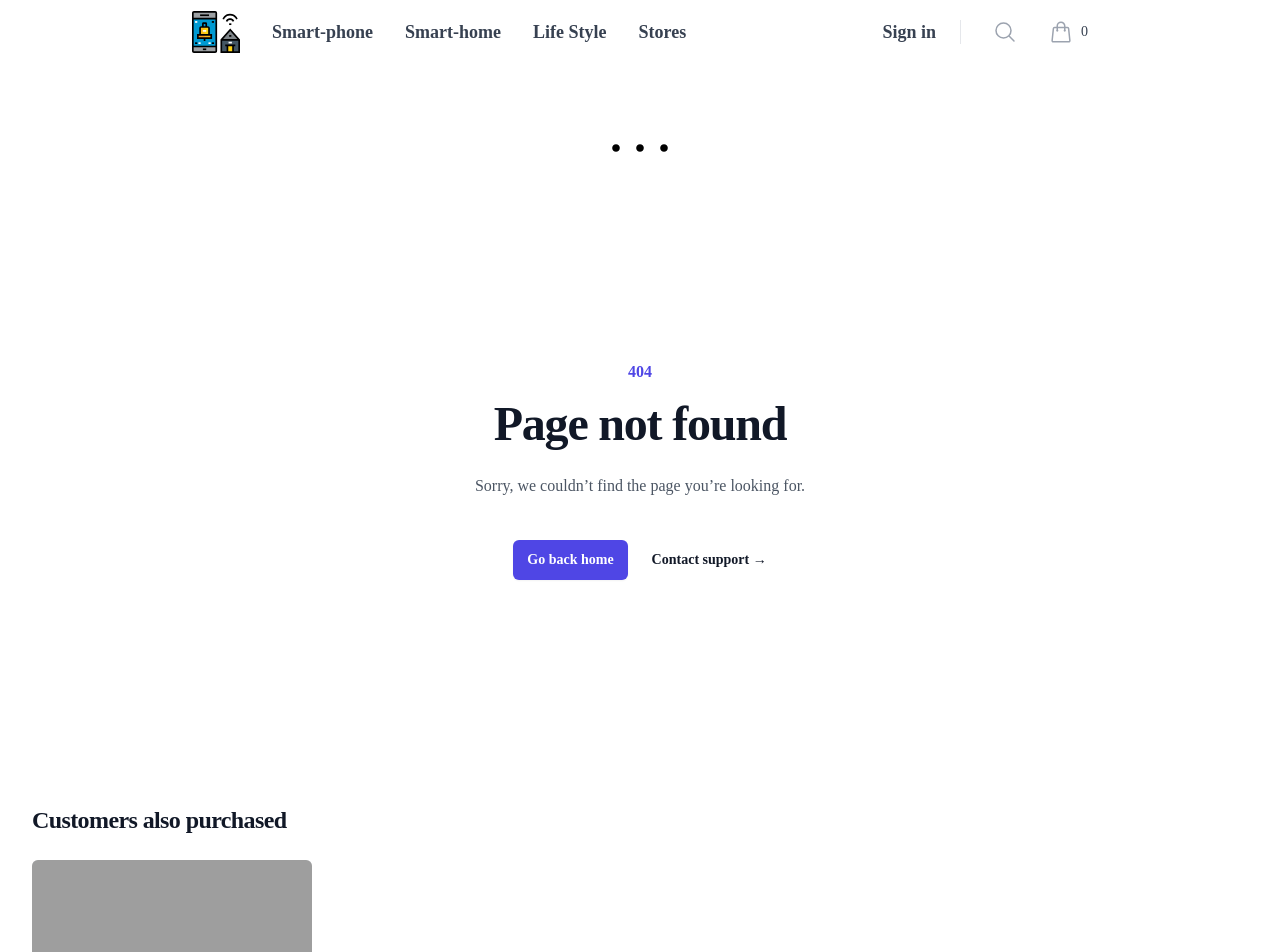
Repository: Gunplay/Smart-Home
Page: /
The author's editor kept a copy of each file at every save. The page is drawn from the files as they stood at one save, then again after the next save.
The browser window is 1280 px wide. The pictures show the part of the page from y = 0 to 952 px (the page is 1952 px tall before and 1964 px after).
Pictures or frames that could not be fetched are drawn as grey boxes. The project was rebuilt for these pictures with package versions that can differ from the ones it lists, and the page was loaded fresh each time. Also part of the build but not shown: vite.config.js, vite.config.ts.

Above is the page before, as saved 2024-06-25 13:00:38.

### index.html
<!doctype html>
<html lang="en">

<head>
  <meta charset="UTF-8" />
  <link rel="icon" type="image/svg+xml" href="./src/assets/smart-home-svgrepo-com.svg" />
  <meta name="viewport" content="width=device-width, initial-scale=1.0" />
  <title>Smart-Home</title>
  <link real='stylesheet' href='src/style.css'>
</head>

<body>
  <div id="root"></div>

  <script type="module" src="/src/main.tsx"></script>
</body>

</html>

### src/main.tsx
import React from 'react';
import ReactDOM from 'react-dom/client';
import { BrowserRouter as Router } from 'react-router-dom';
import App from './App.tsx';
import './css/style.css';

ReactDOM.createRoot(document.getElementById('root')!).render(
	<React.StrictMode>
		<Router>
			<App />
		</Router>
	</React.StrictMode>
);

### src/App.tsx
// import { useState } from 'react';

// import reactLogo from './assets/react.svg';
// import viteLogo from '/vite.svg';
import AboutUs from './components/AboutUs';
import Carousel from './components/Carousel';
import Header from './components/Header';
import PageNotFound from './components/Page404';
import ProductsList from './components/ProductsList';

function App() {
	return (
		<>
			<div className='mr-[3.75rem] pt-[4.75rem] lg:pt-[5.25rem] overflow-hidden'>
				<Header />
				<Carousel />
			</div>
			<PageNotFound />

			<ProductsList />
			<AboutUs />
		</>
	);
}

export default App;

### src/components/AboutUs/index.tsx
const links = [
	{ name: 'Open roles', href: '#' },
	{ name: 'Internship program', href: '#' },
	{ name: 'Our values', href: '#' },
	{ name: 'Meet our leadership', href: '#' },
];
const stats = [
	{ name: 'Offices worldwide', value: '12' },
	{ name: 'Full-time colleagues', value: '300+' },
	{ name: 'Hours per week', value: '40' },
	{ name: 'Paid time off', value: 'Unlimited' },
];

export default function AboutUs() {
	return (
		<div className='relative isolate overflow-hidden bg-gray-900 py-24 sm:py-32'>
			<img
				src='https://images.unsplash.com/photo-1521737604893-d14cc237f11d?ixlib=rb-4.0.3&ixid=MnwxMjA3fDB8MHxwaG90by1wYWdlfHx8fGVufDB8fHx8&auto=format&fit=crop&crop=focalpoint&fp-y=.8&w=2830&h=1500&q=80&blend=111827&sat=-100&exp=15&blend-mode=multiply'
				alt=''
				className='absolute inset-0 -z-10 h-full w-full object-cover object-right md:object-center'
			/>
			<div
				className='hidden sm:absolute sm:-top-10 sm:right-1/2 sm:-z-10 sm:mr-10 sm:block sm:transform-gpu sm:blur-3xl'
				aria-hidden='true'
			>
				<div
					className='aspect-[1097/845] w-[68.5625rem] bg-gradient-to-tr from-[#ff4694] to-[#776fff] opacity-20'
					style={{
						clipPath:
							'polygon(74.1% 44.1%, 100% 61.6%, 97.5% 26.9%, 85.5% 0.1%, 80.7% 2%, 72.5% 32.5%, 60.2% 62.4%, 52.4% 68.1%, 47.5% 58.3%, 45.2% 34.5%, 27.5% 76.7%, 0.1% 64.9%, 17.9% 100%, 27.6% 76.8%, 76.1% 97.7%, 74.1% 44.1%)',
					}}
				/>
			</div>
			<div
				className='absolute -top-52 left-1/2 -z-10 -translate-x-1/2 transform-gpu blur-3xl sm:top-[-28rem] sm:ml-16 sm:translate-x-0 sm:transform-gpu'
				aria-hidden='true'
			>
				<div
					className='aspect-[1097/845] w-[68.5625rem] bg-gradient-to-tr from-[#ff4694] to-[#776fff] opacity-20'
					style={{
						clipPath:
							'polygon(74.1% 44.1%, 100% 61.6%, 97.5% 26.9%, 85.5% 0.1%, 80.7% 2%, 72.5% 32.5%, 60.2% 62.4%, 52.4% 68.1%, 47.5% 58.3%, 45.2% 34.5%, 27.5% 76.7%, 0.1% 64.9%, 17.9% 100%, 27.6% 76.8%, 76.1% 97.7%, 74.1% 44.1%)',
					}}
				/>
			</div>
			<div className='mx-auto max-w-7xl px-6 lg:px-8'>
				<div className='mx-auto max-w-2xl lg:mx-0'>
					<h2 className='text-4xl font-bold tracking-tight text-white sm:text-6xl'>
						Work with us
					</h2>
					<p className='mt-6 text-lg leading-8 text-gray-300'>
						Anim aute id magna aliqua ad ad non deserunt sunt. Qui irure qui
						lorem cupidatat commodo. Elit sunt amet fugiat veniam occaecat
						fugiat aliqua.
					</p>
				</div>
				<div className='mx-auto mt-10 max-w-2xl lg:mx-0 lg:max-w-none'>
					<div className='grid grid-cols-1 gap-x-8 gap-y-6 text-base font-semibold leading-7 text-white sm:grid-cols-2 md:flex lg:gap-x-10'>
						{links.map(link => (
							<a key={link.name} href={link.href}>
								{link.name} <span aria-hidden='true'>&rarr;</span>
							</a>
						))}
					</div>
					<dl className='mt-16 grid grid-cols-1 gap-8 sm:mt-20 sm:grid-cols-2 lg:grid-cols-4'>
						{stats.map(stat => (
							<div key={stat.name} className='flex flex-col-reverse'>
								<dt className='text-base leading-7 text-gray-300'>
									{stat.name}
								</dt>
								<dd className='text-2xl font-bold leading-9 tracking-tight text-white'>
									{stat.value}
								</dd>
							</div>
						))}
					</dl>
				</div>
			</div>
		</div>
	);
}

### src/components/Carousel/index.tsx
import { SetStateAction, useState } from 'react';
import { BsChevronCompactLeft, BsChevronCompactRight } from 'react-icons/bs';
import { RxDotFilled } from 'react-icons/rx';
import slideOne from '/src/assets/slider-1.jpg';
import slideTwo from '/src/assets/slider-2.jpg';
import slideThree from '/src/assets/slider-3.jpg';
const slides = [
	{
		url: slideOne,
		id: 0,
	},
	{
		url: slideTwo,
		id: 1,
	},
	{
		url: slideThree,
		id: 2,
	},
];
const Carousel = () => {
	const [currentIndex, setCurrentIndex] = useState(0);

	const prevSlide = () => {
		const isFirstSlide = currentIndex === 0;
		const newIndex = isFirstSlide ? slides.length - 1 : currentIndex - 1;
		setCurrentIndex(newIndex);
	};

	const nextSlide = () => {
		const isLastSlide = currentIndex === slides.length - 1;
		const newIndex = isLastSlide ? 0 : currentIndex + 1;
		setCurrentIndex(newIndex);
	};

	const goToSlide = (slideIndex: SetStateAction<number>) => {
		console.log(slideIndex);
		setCurrentIndex(slideIndex);
	};
	return (
		<div className='h-[780px] w-full m-auto py-16 relative group'>
			<div
				style={{ backgroundImage: `url(${slides[currentIndex].url})` }}
				className='w-full h-full bg-center bg-cover duration-500'
			></div>
			<div className='hidden group-hover:block absolute top-[50%] -translate-x-0 translate-y-[-50%] left-5 text-2xl rounded-full p-2 bg-black/20 text-white cursor-pointer'>
				<BsChevronCompactLeft size={30} onClick={prevSlide} />
			</div>
			<div className='hidden group-hover:block absolute top-[50%] translate-y-[-50%] right-5 text-2xl rounded-full p-2 bg-black/20 text-white cursor-pointer'>
				<BsChevronCompactRight size={30} onClick={nextSlide} />
			</div>
			<div className='flex top-4 justify-center py-2'>
				{slides.map((slide, slideIndex) => (
					<div
						key={slideIndex}
						className='text-2xl cursor-pointer'
						onClick={() => goToSlide(slideIndex)}
					>
						<RxDotFilled />
					</div>
				))}
			</div>
		</div>
	);
};

export default Carousel;

### src/components/Page404/index.tsx
export default function PageNotFound() {
	return (
		<>
			{/*
        This example requires updating your template:

        ```
        <html class="h-full">
        <body class="h-full">
        ```
      */}
			<main className='grid min-h-full place-items-center bg-white px-6 py-24 sm:py-32 lg:px-8'>
				<div className='text-center'>
					<p className='text-base font-semibold text-indigo-600'>404</p>
					<h1 className='mt-4 text-3xl font-bold tracking-tight text-gray-900 sm:text-5xl'>
						Page not found
					</h1>
					<p className='mt-6 text-base leading-7 text-gray-600'>
						Sorry, we couldn’t find the page you’re looking for.
					</p>
					<div className='mt-10 flex items-center justify-center gap-x-6'>
						<a
							href='#'
							className='rounded-md bg-indigo-600 px-3.5 py-2.5 text-sm font-semibold text-white shadow-sm hover:bg-indigo-500 focus-visible:outline focus-visible:outline-2 focus-visible:outline-offset-2 focus-visible:outline-indigo-600'
						>
							Go back home
						</a>
						<a href='#' className='text-sm font-semibold text-gray-900'>
							Contact support <span aria-hidden='true'>&rarr;</span>
						</a>
					</div>
				</div>
			</main>
		</>
	);
}

### src/components/ProductsList/index.tsx
/*
  This example requires some changes to your config:

  ```
  // tailwind.config.js
  module.exports = {
    // ...
    plugins: [
      // ...
      require('@tailwindcss/aspect-ratio'),
    ],
  }
  ```
*/
const products = [
	{
		id: 1,
		name: 'Basic Tee',
		href: '#',
		imageSrc:
			'https://tailwindui.com/img/ecommerce-images/product-page-01-related-product-01.jpg',
		imageAlt: "Front of men's Basic Tee in black.",
		price: '$35',
		color: 'Black',
	},
	// More products...
];

export default function ProductsList() {
	return (
		<div className='bg-white'>
			<div className='mx-auto max-w-2xl px-4 py-16 sm:px-6 sm:py-24 lg:max-w-7xl lg:px-8'>
				<h2 className='text-2xl font-bold tracking-tight text-gray-900'>
					Customers also purchased
				</h2>

				<div className='mt-6 grid grid-cols-1 gap-x-6 gap-y-10 sm:grid-cols-2 lg:grid-cols-4 xl:gap-x-8'>
					{products.map(product => (
						<div key={product.id} className='group relative'>
							<div className='aspect-h-1 aspect-w-1 w-full overflow-hidden rounded-md bg-gray-200 lg:aspect-none group-hover:opacity-75 lg:h-80'>
								<img
									src={product.imageSrc}
									alt={product.imageAlt}
									className='h-full w-full object-cover object-center lg:h-full lg:w-full'
								/>
							</div>
							<div className='mt-4 flex justify-between'>
								<div>
									<h3 className='text-sm text-gray-700'>
										<a href={product.href}>
											<span aria-hidden='true' className='absolute inset-0' />
											{product.name}
										</a>
									</h3>
									<p className='mt-1 text-sm text-gray-500'>{product.color}</p>
								</div>
								<p className='text-sm font-medium text-gray-900'>
									{product.price}
								</p>
							</div>
						</div>
					))}
				</div>
			</div>
		</div>
	);
}

Loaded but not shown: src/css/style.css (1876 lines, source omitted); src/components/Header/index.tsx (539 lines, source omitted)

After the next save:
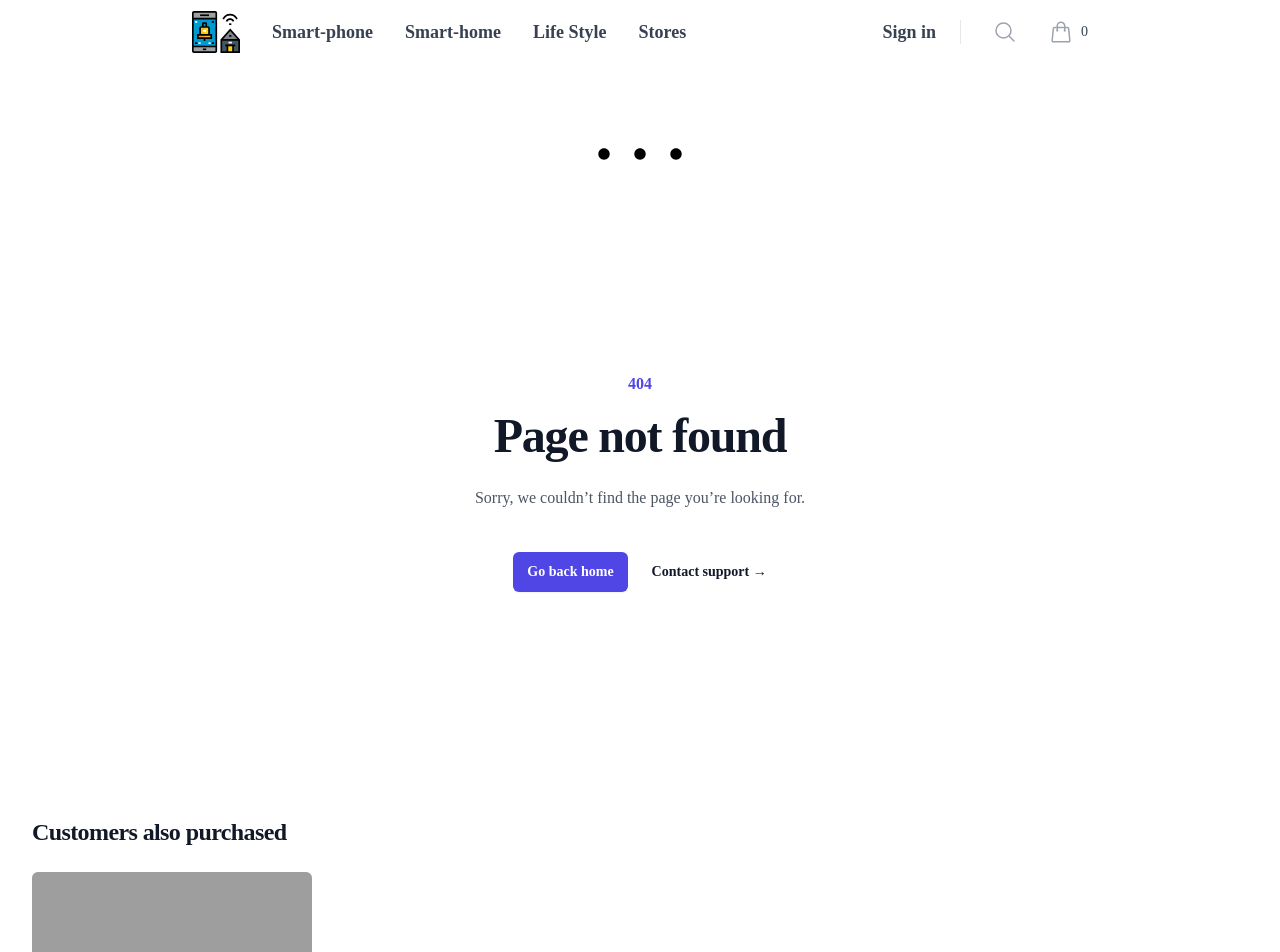
Saved 11 s later.
--- a/src/components/Carousel/index.tsx
+++ b/src/components/Carousel/index.tsx
@@ -53,7 +53,7 @@ const Carousel = () => {
 				{slides.map((slide, slideIndex) => (
 					<div
 						key={slideIndex}
-						className='text-2xl cursor-pointer'
+						className='text-4xl cursor-pointer'
 						onClick={() => goToSlide(slideIndex)}
 					>
 						<RxDotFilled />
